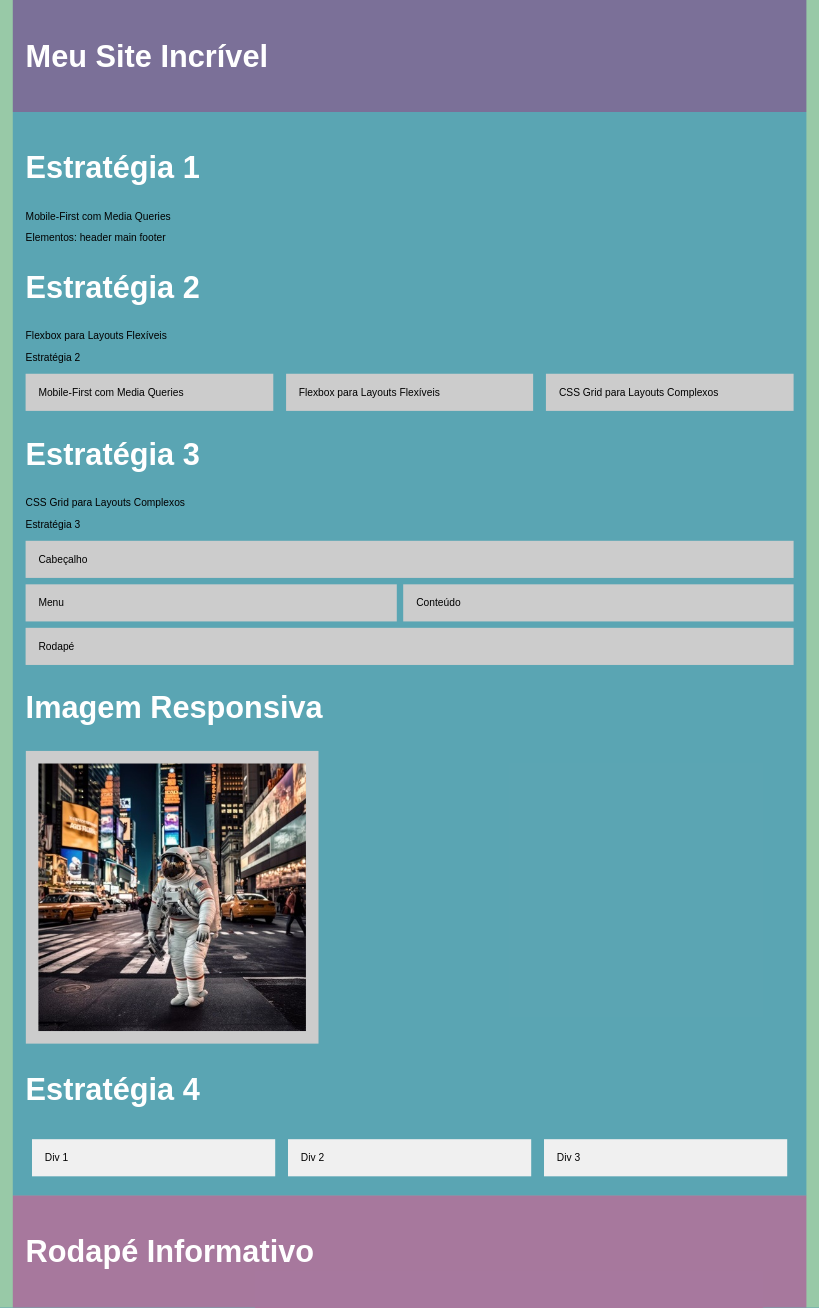
Repository: douglasabnovato/model-lp
Page: index.html
The author's editor kept a copy of each file at every save. The page is drawn from the files as they stood at one save, then again after the next save.
The browser window is 1280 px wide. The pictures show the whole page, at 64% of full size.

Above is the page before, as saved 2025-02-25 11:51:27.

### index.html
<!DOCTYPE html>
<html lang="pt-br">
  <head>
    <meta charset="UTF-8" />
    <meta name="viewport" content="width=device-width, initial-scale=1.0" />
    <title>Filmes Épicos</title>
    <link rel="stylesheet" type="text/css" href="./style.css" />
  </head>
  <body>
    <header>
      <h2>Meu Site Incrível</h2>
    </header>
    <main>
      <h2>Estratégia 1</h2>
      <p>Mobile-First com Media Queries</p>
      <p>Elementos: header main footer</p>

      <h2>Estratégia 2</h2>
      <p>Flexbox para Layouts Flexíveis</p>
      <p>Estratégia 2</p>
      <div class="flex-container">
        <div class="flex-item">Mobile-First com Media Queries</div>
        <div class="flex-item">Flexbox para Layouts Flexíveis</div>
        <div class="flex-item">CSS Grid para Layouts Complexos</div>
      </div>

      <h2>Estratégia 3</h2>
      <p>CSS Grid para Layouts Complexos</p>
      <p>Estratégia 3</p>
      <div class="grid-container">
        <div class="grid-item">Cabeçalho</div>
        <div class="grid-item">Menu</div>
        <div class="grid-item">Conteúdo</div>
        <div class="grid-item">Rodapé</div>
      </div>

      <h2>Imagem Responsiva</h2>
      <div class="imgResponsive">
        <img
          src="./assets/astronauta-418.jpg"
          alt="Astronauta"
        />
      </div>

      <h2>Estratégia 4</h2>
      <div class="container">
        <div class="filha">Div 1</div>
        <div class="filha">Div 2</div>
        <div class="filha">Div 3</div>
      </div>


    </main>
    <footer>
      <h2>Rodapé Informativo</h2>
    </footer>
  </body>
</html>

### style.css
/* Estilos base para mobile */
body {
  font-family: Arial, sans-serif;
  margin: 0;
  background-color: #65691c77;
}

h2 {
  color: white;
  font-size: clamp(2rem, 5vw, 3rem);
}

header,
main,
footer {
  padding: 20px;
}

header {
  background-color: #5b0a8777;
}

main {
  background-color: #157bc077;
}

.flex-container {
  display: flex;
  flex-wrap: wrap;
  gap: 20px;
}

.flex-item {
  background-color: #ccc;
  padding: 20px;
  flex: 1 1 200px;
  box-sizing: border-box;
}

.grid-container {
  display: grid;
  grid-template-areas:
    "header header"
    "menu content"
    "footer footer";
  grid-gap: 10px;
}

.grid-item {
  background-color: #ccc;
  padding: 20px;
}

.grid-item:nth-child(1) {
  grid-area: header;
}

.grid-item:nth-child(2) {
  grid-area: menu;
}

.grid-item:nth-child(3) {
  grid-area: content;
}

.grid-item:nth-child(4) {
  grid-area: footer;
}

.imgResponsive{
    margin: 0;
    padding: 0;
  }

  img {
      padding: 20px;
      background-color: #ccc;
  }

footer {
  background-color: #b81b9377;
}

/* Media Query para telas maiores */
@media (min-width: 768px) {
  body {
    background-color: #238d4377;
  }

  header,
  main,
  footer {
    max-width: 1200px;
    margin: 0 auto;
  }
}

.container {
    display: flex;
    flex-wrap: wrap; /* Permite que as divs filhas "quebrem" para a próxima linha em telas menores */
    justify-content: space-between; /* Espaça as divs uniformemente */
  }

  .filha {
    flex: 1 1 30%; /* Cresce, encolhe e ocupa inicialmente 30% do espaço */
    box-sizing: border-box; /* Inclui padding e border no total da largura e altura */
    margin: 10px;
    padding: 20px;
    background-color: #f0f0f0;
  }

  @media (max-width: 768px) {
    .filha {
      flex-basis: 100%; /* Em telas menores, cada div filha ocupa 100% da largura */
    }
  }

After the next save:
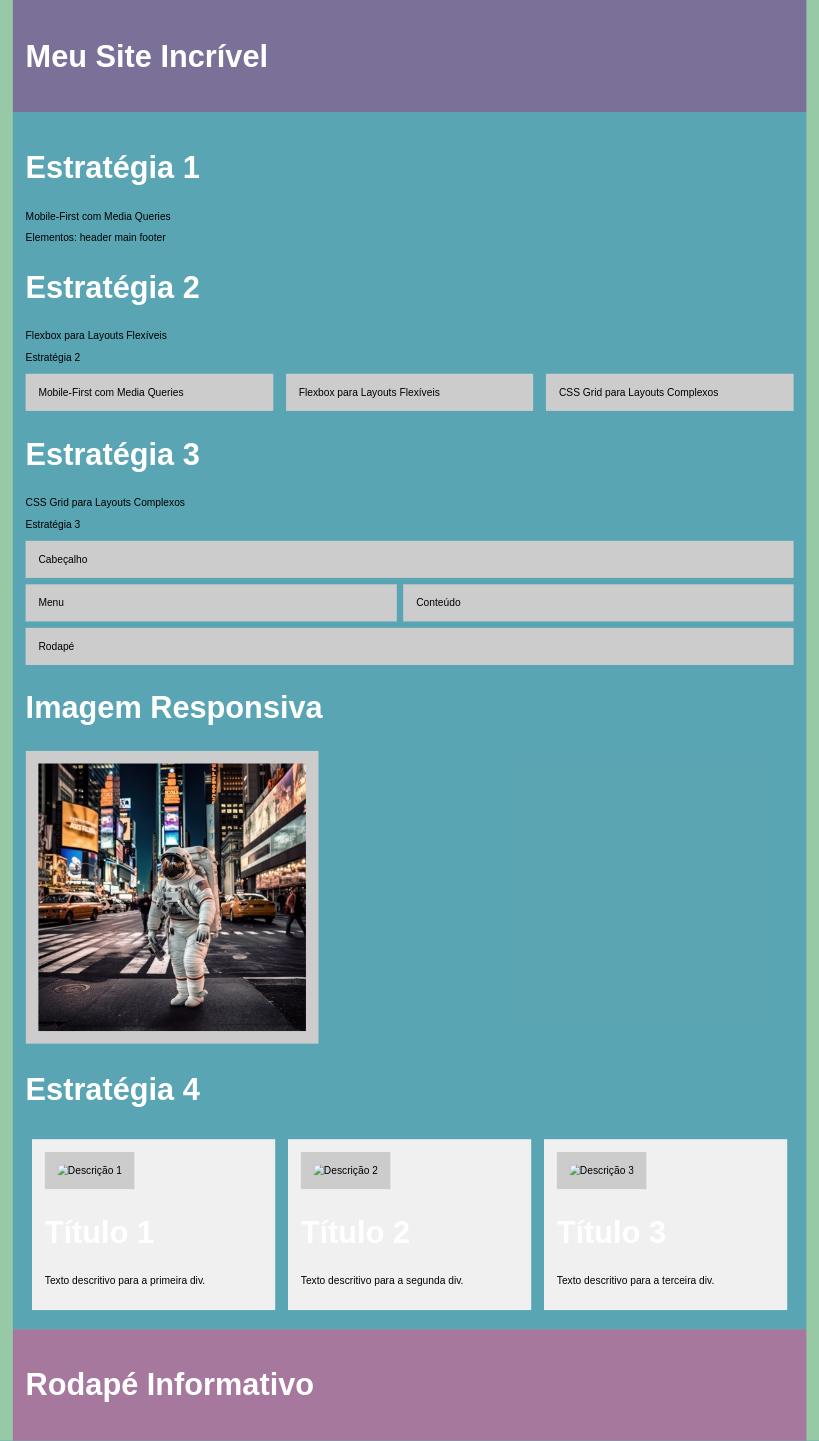
Not found: imagem1.jpg
Not found: imagem2.jpg
Not found: imagem3.jpg
Saved 63 s later.
--- a/index.html
+++ b/index.html
@@ -44,10 +44,23 @@
 
       <h2>Estratégia 4</h2>
       <div class="container">
-        <div class="filha">Div 1</div>
-        <div class="filha">Div 2</div>
-        <div class="filha">Div 3</div>
+        <div class="filha">
+          <img src="imagem1.jpg" alt="Descrição 1">
+          <h2>Título 1</h2>
+          <p>Texto descritivo para a primeira div.</p>
+        </div>
+        <div class="filha">
+          <img src="imagem2.jpg" alt="Descrição 2">
+          <h2>Título 2</h2>
+          <p>Texto descritivo para a segunda div.</p>
+        </div>
+        <div class="filha">
+          <img src="imagem3.jpg" alt="Descrição 3">
+          <h2>Título 3</h2>
+          <p>Texto descritivo para a terceira div.</p>
+        </div>
       </div>
+
 
 
     </main>
